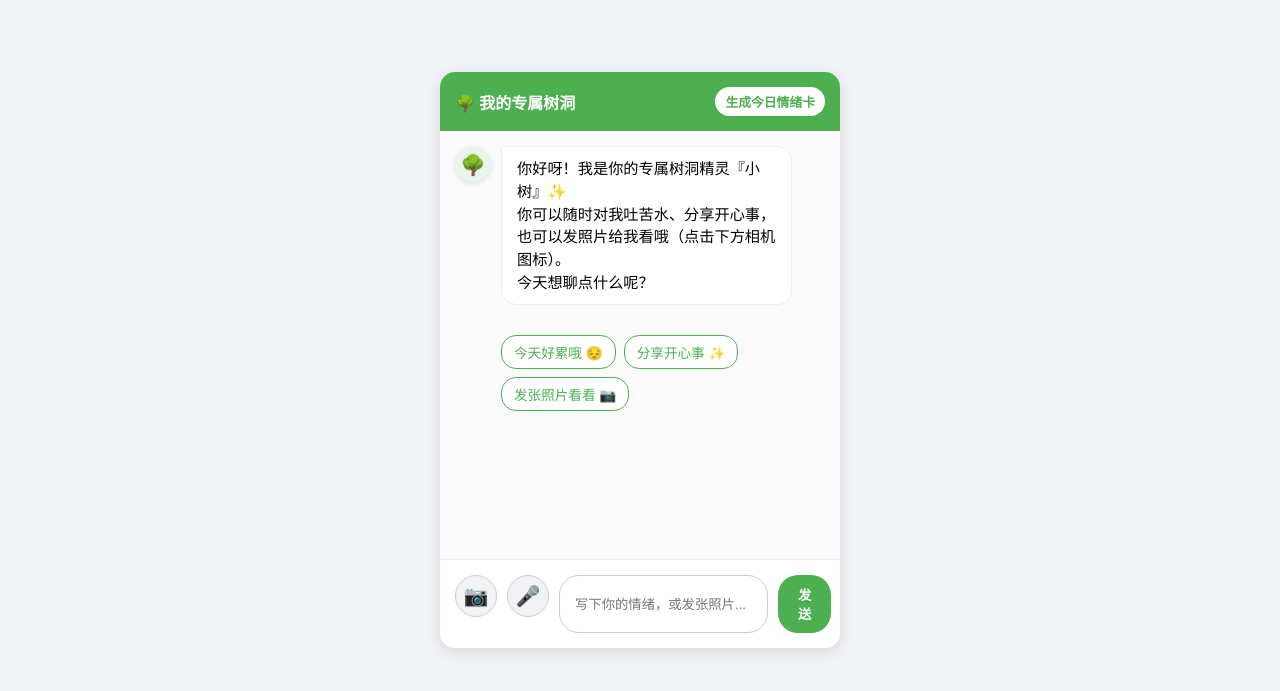
Repository: QinghuaSun1127/Tree_house
Page: index.html
These files come from the project's save history. The page is drawn as it stood at one moment and after the next save; the edit follows.
The browser window is 1280 px wide. The pictures show the whole page.

Above is the page before, as saved 2026-04-09 23:21:37.

After the next save:
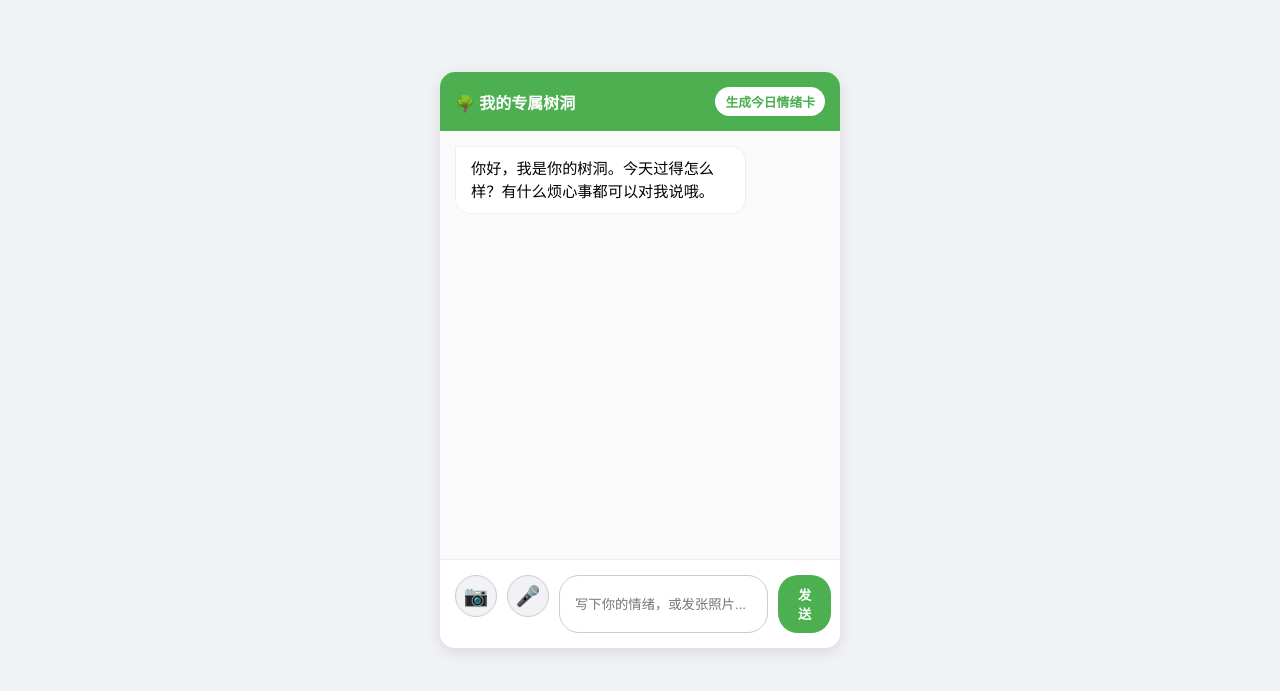
Saved 4 s later.
--- a/index.html
+++ b/index.html
@@ -213,20 +213,8 @@
             <button class="summary-btn" onclick="getSummary()">生成今日情绪卡</button>
         </div>
         <div class="chat-box" id="chatBox">
-        <div class="message-wrapper ai-wrapper">
-            <div class="avatar ai-avatar">🌳</div>
-            <div class="message ai-message">
-                你好呀！我是你的专属树洞精灵『小树』✨<br>
-                你可以随时对我吐苦水、分享开心事，也可以发照片给我看哦（点击下方相机图标）。<br>
-                今天想聊点什么呢？
-            </div>
+            <div class="message ai-message">你好，我是你的树洞。今天过得怎么样？有什么烦心事都可以对我说哦。</div>
         </div>
-        <div class="quick-replies" id="quickReplies">
-            <button class="quick-btn" onclick="sendQuickReply('哎，我今天真的好累哦😔')">今天好累哦 😔</button>
-            <button class="quick-btn" onclick="sendQuickReply('遇到一件超开心的事情！✨')">分享开心事 ✨</button>
-            <button class="quick-btn" onclick="document.getElementById('imageInput').click()">发张照片看看 📷</button>
-        </div>
-    </div>
         <div class="input-area">
             <input type="file" id="imageInput" accept="image/*" style="display: none;" onchange="previewImage()">
             <button class="upload-btn" onclick="document.getElementById('imageInput').click()">📷</button>
